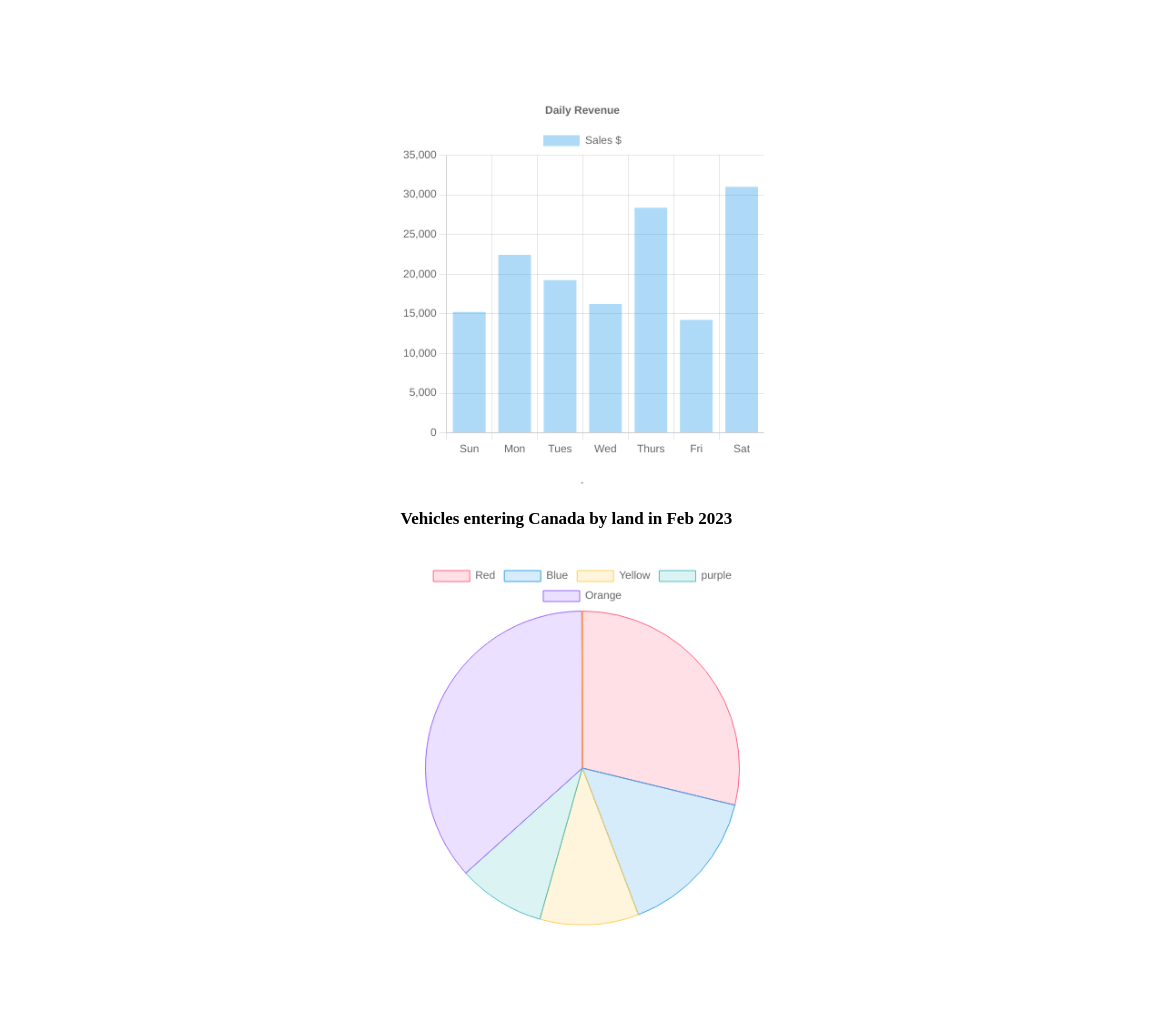
Repository: anoncoderin/dcd-charts-11week
Page: /
The author's editor kept a copy of each file at every save. The page is drawn from the files as they stood at one save, then again after the next save.
The browser window is 1280 px wide. The pictures show the whole page, at 91% of full size.
The project was rebuilt for these pictures with package versions that can differ from the ones it lists, and the page was loaded fresh each time. The framework's server and built-in components were replaced by stand-ins that run in the browser. Also part of the build but not shown: next.config.js.

Above is the page before, as saved 2023-03-24 11:40:46.

After the next save:
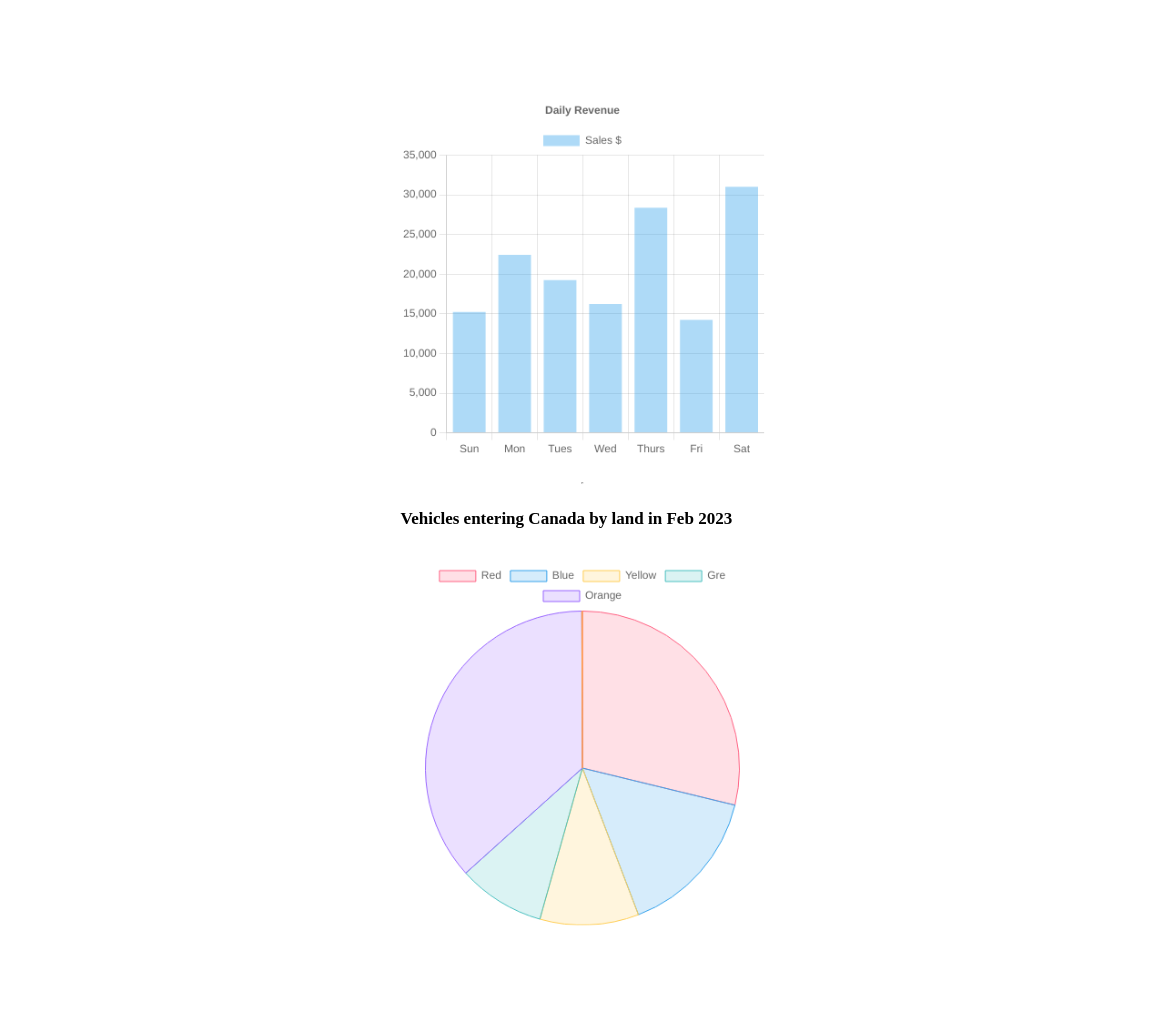
Saved 6 min 18 s later.
--- a/components/PieChart/index.js
+++ b/components/PieChart/index.js
@@ -16,7 +16,7 @@ ChartJS.register(ArcElement,
 
 export default function PieChart() {
 const data = {
-  labels: ["Red", "Blue", "Yellow", "purple", "Orange"],
+  labels: ["Red", "Blue", "Yellow", "Gre", "Orange"],
   datasets: [
     {
       label: "# of Votes",
